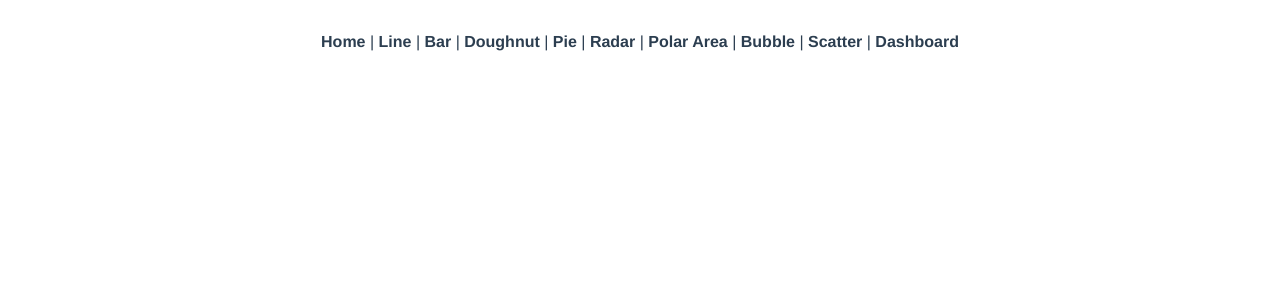
Repository: nashthecoder/vue_learn
Page: /about (app in client/)
An editor plug-in stored every save of this project. The page is shown before and after the next save, followed by the edit.
The browser window is 1280 px wide. The pictures show the whole page.
The project was rebuilt for these pictures with package versions that can differ from the ones it lists, and the page was loaded fresh each time. Imported but missing from the stored project, and not drawn on this page: client/src/views/Home.vue.

Above is the page before, as saved 2020-12-24 19:11:21.

After the next save:
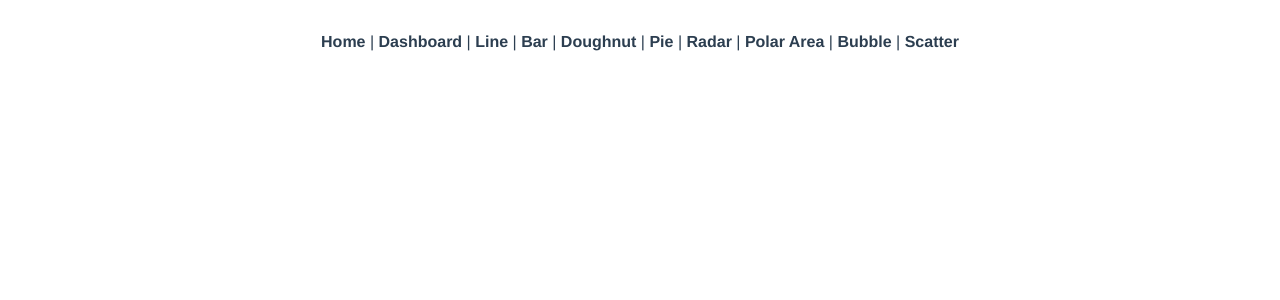
Saved 3 min 59 s later.
--- a/client/src/App.vue
+++ b/client/src/App.vue
@@ -2,6 +2,7 @@
   <div id="app">
     <div id="nav">
       <router-link to="/">Home</router-link> |
+      <router-link to="/dashboard">Dashboard</router-link> |
       <router-link to="/line">Line</router-link> |
       <router-link to="/bar">Bar</router-link> |
       <router-link to="/doughnut">Doughnut</router-link> |
@@ -9,8 +10,7 @@
       <router-link to="/radar">Radar</router-link> |
       <router-link to="/polar-area">Polar Area</router-link> |
       <router-link to="/bubble">Bubble</router-link> |
-      <router-link to="/scatter">Scatter</router-link> |
-      <router-link to="/dashboard">Dashboard</router-link>
+      <router-link to="/scatter">Scatter</router-link>
     </div>
     <div class="container">
       <div class="row">
